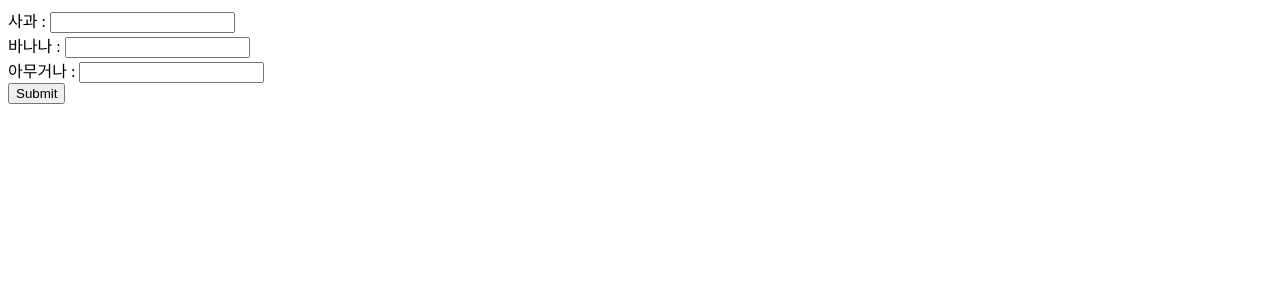
Repository: dwanGim/JSP_basic
Page: http://localhost/20220322/jspobject/request/req_form.jsp
These files come from the project's save history. The page is drawn as it stood at one moment and after the next save; the edit follows.
The browser window is 1280 px wide. The pictures show the whole page.
The page is served by Tomcat 9.

Above is the page before, as saved 2022-03-24 11:40:53.

After the next save:
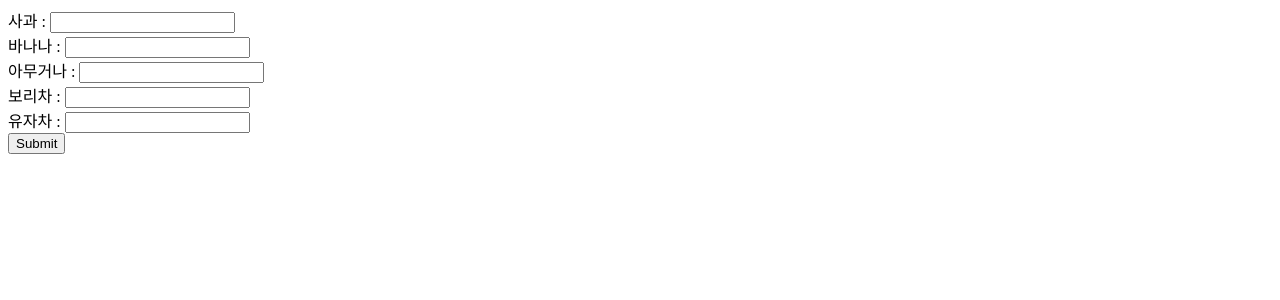
Saved 25 min 14 s later.
--- a/20220322/src/main/webapp/jspobject/request/req_form.jsp
+++ b/20220322/src/main/webapp/jspobject/request/req_form.jsp
@@ -18,6 +18,8 @@
 	 	사과 : <input type="text" name="apple"/><br/>
 	 	바나나 : <input type="text" name="banana"><br/>
 	 	아무거나 : <input type="text" name="아무거나"><br/>
+	 	보리차 : <input type="text" name="bori_tea"><br/>
+	 	유자차 : <input type="text" name="yuja_tea"><br/>
 	 	<input type="submit">
 	 </form>
 </body>
